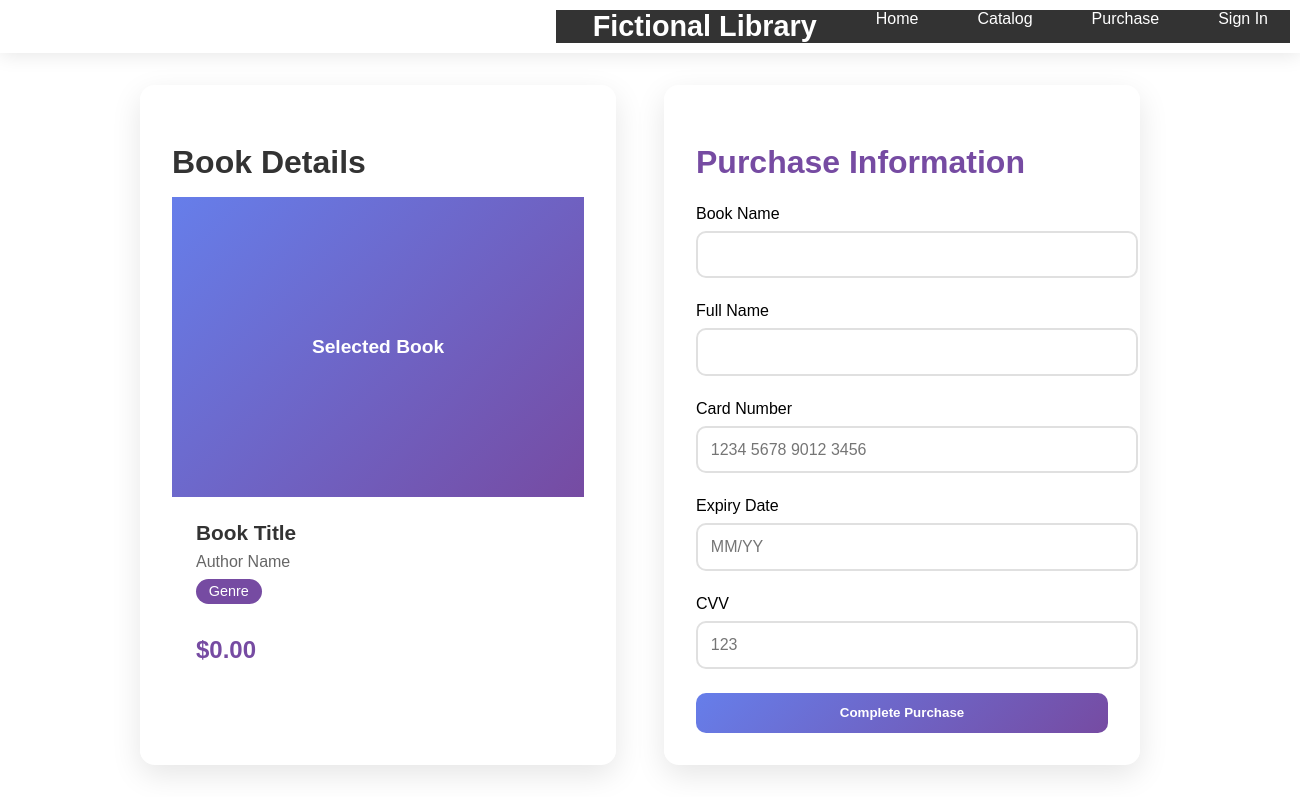
Repository: Ibrahim-Abohola/BookStore
Page: purchase.html
An editor plug-in stored every save of this project. The page is shown before and after the next save, followed by the edit.
The browser window is 1280 px wide. The page is 1300 px wide, so the pictures cover 1300 px, including what lies to the right of the window. The pictures show the whole page.

Above is the page before, as saved 2025-07-15 21:15:07.

After the next save:
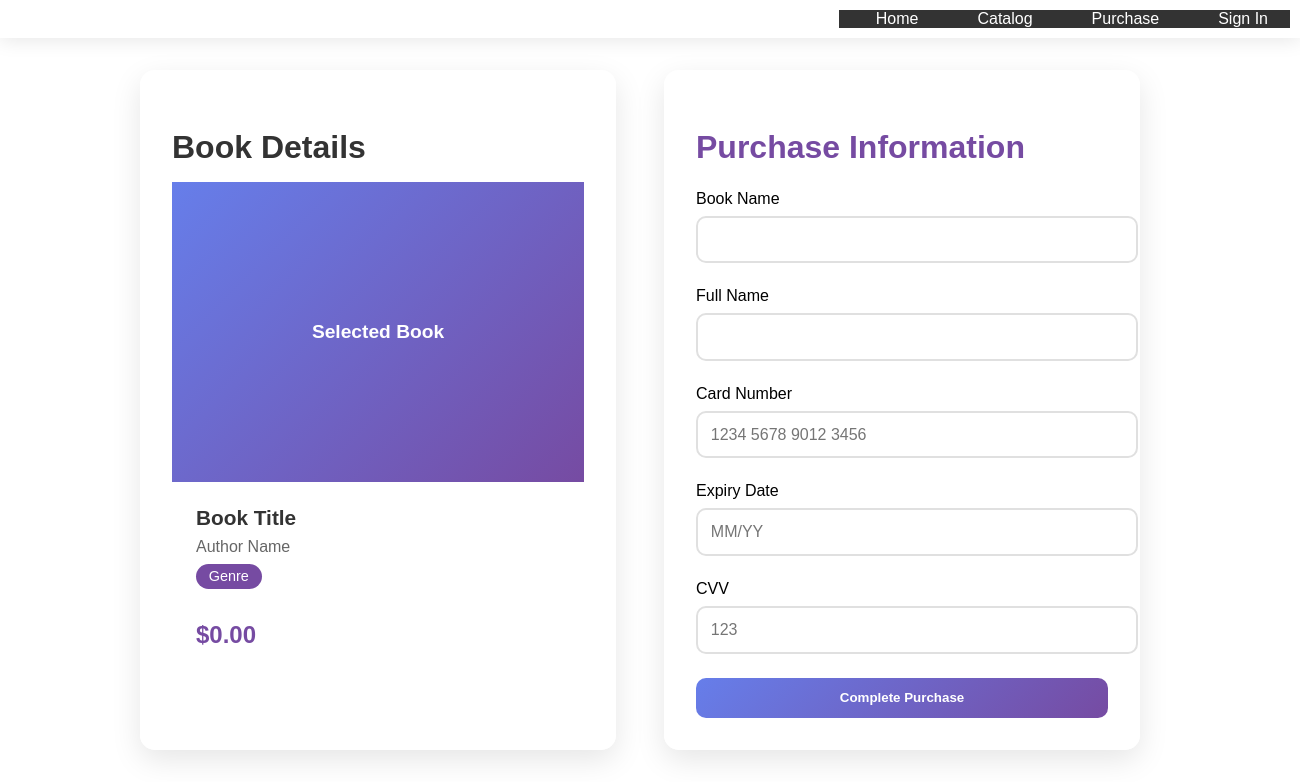
Saved 4 s later.
--- a/purchase.html
+++ b/purchase.html
@@ -9,7 +9,6 @@
     <body>
     <nav class="top-nav">
     <ul>
-    <li><a href="Homepage.html" class = "logo">Fictional Library</a></li>
       <li><a href="Homepage.html">Home</a></li>
       <li><a href="catalog.html">Catalog</a></li>
       <li><a href="purchase.html">Purchase</a></li>
